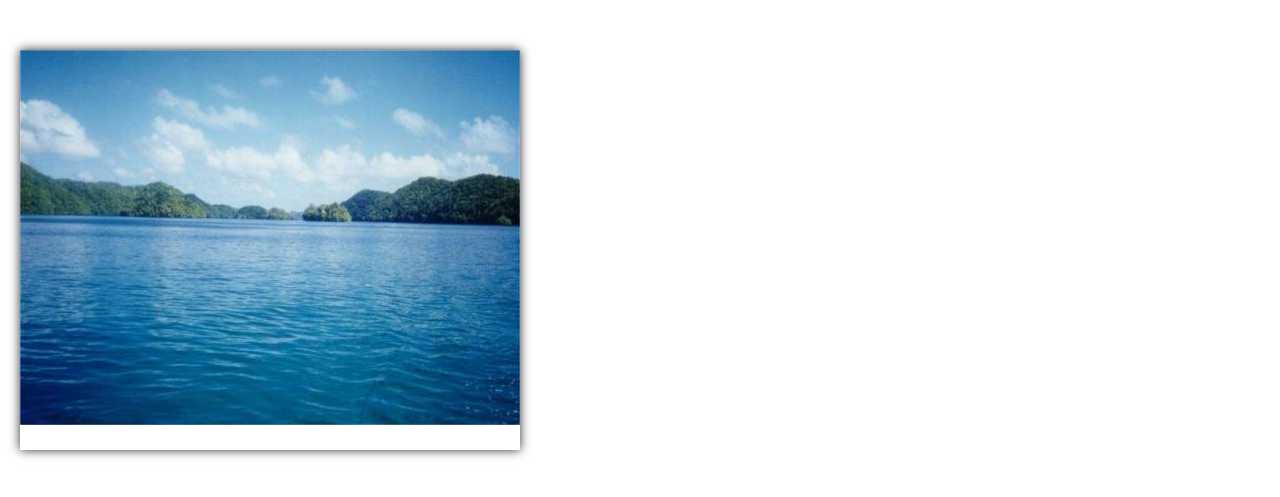
Repository: fangYiYuan/javascript-
Page: canvas/8.水平全景滚动.html
An editor plug-in stored every save of this project. The page is shown before and after the next save, followed by the edit.
The browser window is 1280 px wide. The pictures show the whole page.

Above is the page before, as saved 2020-04-14 16:14:23.

### canvas/8.水平全景滚动.html
<!DOCTYPE html>
<html lang="en">
<head>
  <meta charset="UTF-8">
  <meta name="viewport" content="width=device-width, initial-scale=1.0">
  <meta http-equiv="X-UA-Compatible" content="ie=edge">
  <title>Document</title>
</head>
<style>
  body{
    text-align: center;
    padding-top: 40px;
  }
  canvas {
    position: absolute;
    top: 50px;
    left: 20px;
    box-shadow: 0 0 10px rgb(48, 47, 47);
  }
</style>
<body>
  <canvas id="draw" width="500" height="400"></canvas>
</body>
<script>
  let draw = document.getElementById('draw')
  let con = draw.getContext('2d')

  function bgMove () {
    con.save()
    con.clearRect(0, 0, draw.width, draw.height)
    con.drawImage(img, 0, 0)
    con.drawImage(img, draw.width, 0)
    con.restore()
    window.requestAnimationFrame(bgMove)
  }
  let img = new Image()

  img.onload = function () {
    bgMove()
  }
  img.src = './tea.jpg'
</script>
</html>

After the next save:
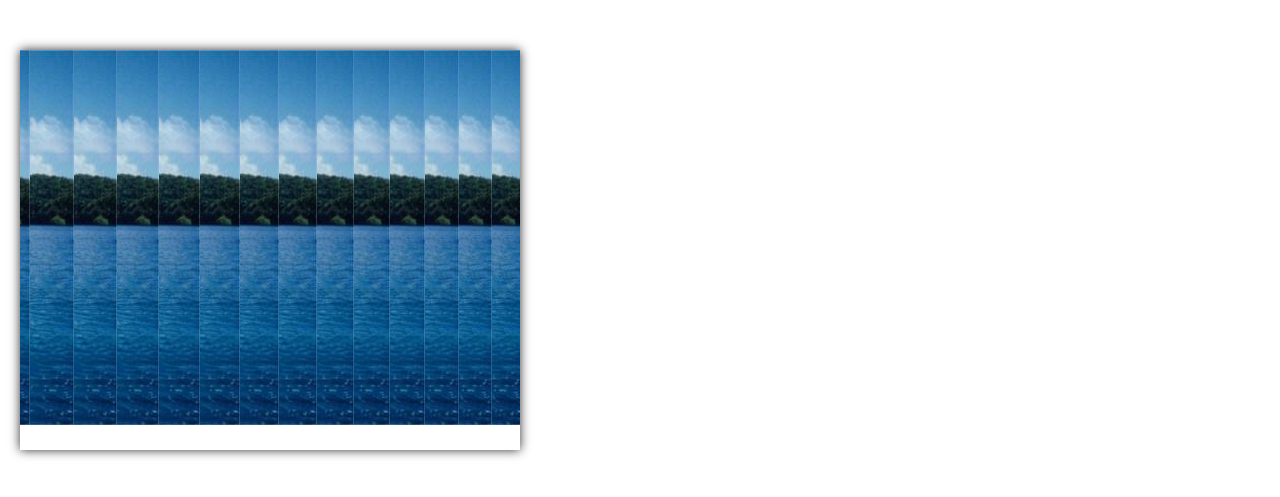
Saved 112 s later.
--- a/canvas/8.水平全景滚动.html
+++ b/canvas/8.水平全景滚动.html
@@ -24,12 +24,14 @@
 <script>
   let draw = document.getElementById('draw')
   let con = draw.getContext('2d')
-
+  let x = 1
   function bgMove () {
+    con.translate(-x, 0)
     con.save()
     con.clearRect(0, 0, draw.width, draw.height)
     con.drawImage(img, 0, 0)
     con.drawImage(img, draw.width, 0)
+    x++
     con.restore()
     window.requestAnimationFrame(bgMove)
   }
